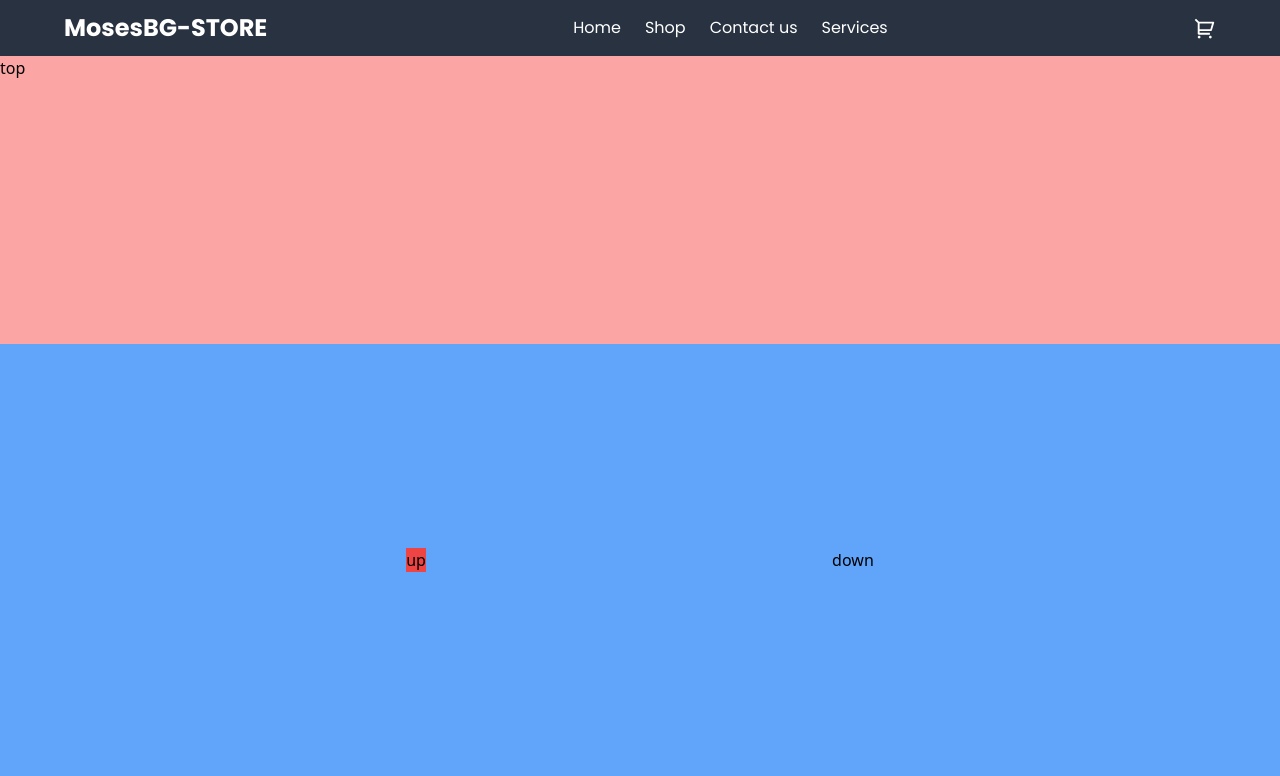
Repository: moshebengan/cart
Page: /fake-store/contact-us
An editor plug-in stored every save of this project. The page is shown before and after the next save, followed by the edit.
The browser window is 1280 px wide. The pictures show the whole page.
The project was rebuilt for these pictures with package versions that can differ from the ones it lists, and the page was loaded fresh each time. Also part of the build but not shown: vite.config.js, src/components/Error.jsx, src/utils/data.js, src/utils/apiCalls.js, src/components/Loading.jsx, src/components/Products.jsx, src/components/Footer.jsx, src/pages/HomePage.jsx and 5 more.

Above is the page before, as saved 2024-09-15 15:19:14.

### index.html
<!DOCTYPE html>
<html lang="en">
  <head>
    <meta charset="UTF-8" />
    <link rel="icon" type="image/svg+xml" href="/vite.svg" />
    <meta name="viewport" content="width=device-width, initial-scale=1.0" />
    <link rel="preconnect" href="https://fonts.googleapis.com" />
    <link rel="preconnect" href="https://fonts.gstatic.com" crossorigin />
    <link
      href="https://fonts.googleapis.com/css2?family=Poppins:ital,wght@0,100;0,200;0,300;0,400;0,500;0,600;0,700;0,800;0,900;1,100;1,200;1,300;1,400;1,500;1,600;1,700;1,800;1,900&display=swap"
      rel="stylesheet"
    />
    <title>MosesBG-SHOP</title>
  </head>
  <body>
    <div id="root"></div>
    <script type="module" src="/src/main.jsx"></script>
  </body>
</html>

### src/main.jsx
import { StrictMode } from 'react'
import { createRoot } from 'react-dom/client'

import './index.css'
import { createBrowserRouter, RouterProvider } from 'react-router-dom'
import routes from './routes.jsx'

const router = createBrowserRouter(routes)

createRoot(document.getElementById('root')).render(
  <StrictMode>
    <RouterProvider router={router} />
  </StrictMode>,
)

### src/index.css
@tailwind base;
@tailwind components;
@tailwind utilities;

body,
html {
  height: 100%;
  width: 100%;
}

.container {
  width: 90%;
  margin: auto;
}

### src/routes.jsx
import Error from "./components/Error";
import ContactUs from "./pages/ContactUs";
import HomePage from "./pages/HomePage";
import MyCart from "./pages/MyCart";
import NavigationBar from "./pages/NavigationBar";
import ShopPage from "./pages/ShopPage";


const routes = [
	{
		path: '/fake-store',
		element: <NavigationBar />,
		children: [
			{
				path:"home",
				element:<HomePage/>,
				errorElement: <Error/>
			},
			{ 	path: 'shop',
				 	element: <ShopPage />,
					errorElement: <Error/>

			},
			{
				path: 'cart',
				element: <MyCart />,
				errorElement: <Error/>
			},
			{
				path:'contact-us',
				element: <ContactUs/>,
				errorElement: <Error />
			}
		]

	},

];

export default routes

### src/pages/ContactUs.jsx


const ContactUs = () => {
  return (
    <div className="w-full h-screen flex flex-col">
      <div className="w-full h-[40%] bg-red-300">top</div>
      <div className="w-full h-[60%] bg-blue-400 relative flex flex-row justify-evenly items-center">
        <div className="flex-initial bg-red-500" >up</div>
        <div>down</div>
        {/* <div className="absolute -top-10 left-10 bg-yellow-300 flex-initial w-64">left</div>
        <div className="absolute -top-10 right-10 bg-pink-400 flex-initial w-32 ">right</div> */}
      </div>
    </div>
  )
}

export default ContactUs

### src/pages/NavigationBar.jsx
import { useState } from "react";
import { Link, Outlet } from "react-router-dom";
import { IoMdMenu, IoMdClose } from "react-icons/io";
import Cart from "../components/Cart";

const NavigationBar = () => {
  const [isOpen, setIsOpen] = useState(false);
  const [cartItems, setCartItems] = useState(0);

  const openNav = () => {
    setIsOpen(!isOpen);
  };

  const resetNav = () => {
    if (isOpen) setIsOpen(!isOpen);
  };

  return (
    <>
      <div className="w-full bg-dark-blue font-poppins">
        <div className="container">
          <nav className="py-3 flex justify-between items-center text-white">
            <h1 className="font-bold text-2xl">MosesBG-STORE</h1>
            <div className="hidden md:flex gap-6">
              <Link to={"/fake-store/home"}>Home</Link>
              <Link to={"/fake-store/shop"}>Shop</Link>
              <Link to={"/fake-store/contact-us"}>Contact us</Link>
              <Link>Services</Link>
            </div>
            <div className="flex flex-row items-center gap-5">
              <Cart resetNav={resetNav} items={cartItems} />
              <div className="z-50 md:hidden">
                <button className="flex items-center">
                  {isOpen ? (
                    <IoMdClose className="p1" onClick={openNav} />
                  ) : (
                    <IoMdMenu className="p1" onClick={openNav} />
                  )}
                </button>
              </div>
            </div>
          </nav>
          <div
            className={`container text-dark-blue ${
              isOpen ? "block" : "hidden"
            } `}
          >
            <div className="z-40 fixed top-0 left-0 bottom-0 w-full bg-dark-blu opacity-35"></div>
            <nav className="z-50 fixed top-0 left-0 bottom-0 flex flex-col gap-10 w-5/6 max-w-sm py-6 px-6 bg-[#F8F8F8] overflow-y-auto">
              <div>
                <h1 className="font-bold text-3xl">MosesBG-SHOP</h1>
                <hr className="h-px mt-3 bg-gray-200 border-0" />
              </div>
              <div className="flex flex-col gap-5">
                <Link
                  to={"/fake-store"}
                  className="nav-item-hover"
                  onClick={resetNav}
                >
                  Home
                </Link>
                <Link
                  to={"/fake-store/shop"}
                  className="nav-item-hover"
                  onClick={resetNav}
                >
                  Shop
                </Link>
                <Link className="nav-item-hover">Contact Us</Link>
                <Link className="nav-item-hover">Services</Link>
                <hr className="h-px mt-3 bg-gray-200 border-0" />
              </div>
            </nav>
          </div>
        </div>
      </div>
      <div className="h-screen w-auto">
        <Outlet context={[cartItems, setCartItems]} />
      </div>
    </>
  );
};

export default NavigationBar;

### src/components/Cart.jsx
import { RiShoppingCart2Line } from "react-icons/ri";
import { Link } from "react-router-dom";

const Cart = ({ resetNav, items }) => {
  return (
    <Link to={"/fake-store/cart"} onClick={resetNav}>
      <div className="relative">
        <RiShoppingCart2Line size={"1.4em"} />
        <span className="absolute text-xs bg-orange-500 p-0.3 px-1 text-red-50 rounded-full -top-1.5 left-4">
          {items > 0 ? items : ""}
        </span>
      </div>
    </Link>
  );
};

export default Cart;

### tailwind.config.js
/** @type {import('tailwindcss').Config} */
export default {
  content: [
    "./index.html",
    "./src/**/*.{js,ts,jsx,tsx}",
  ],
  theme: {
    fontFamily: {
      poppins: ["Poppins", "sans-serif"]
    },
    extend: {
      backgroundImage: {
        "homepage-image": "url('/public/bghomepage.jpg')",
        "homepage-darker": "url('/public/darkerbg.jpg')"
      },
      colors: {
      "dark-blue": "#293241"
    },
    keyframes: {
      'fade-in-out': {
        '0%': { opacity: '0', transform: 'scale(0.95)' },
        '100%': { opacity: '1', transform: 'scale(1)' },
      },
    },
    animation: {
      'fade-in-out': 'fade-in-out 0.5s ease-in-out', // Customize duration and easing
    },
  }
  },
  plugins: [],
}

After the next save:
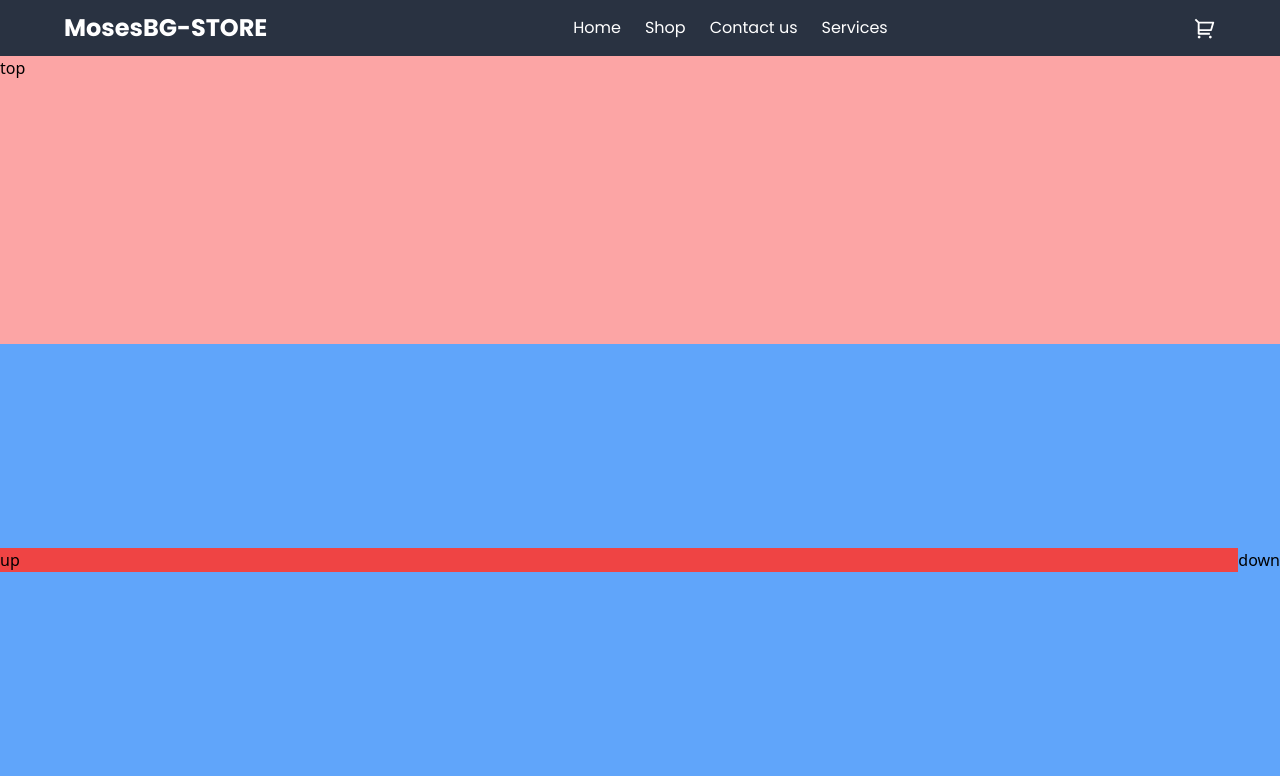
Saved 31 s later.
--- a/src/pages/ContactUs.jsx
+++ b/src/pages/ContactUs.jsx
@@ -5,7 +5,7 @@ const ContactUs = () => {
     <div className="w-full h-screen flex flex-col">
       <div className="w-full h-[40%] bg-red-300">top</div>
       <div className="w-full h-[60%] bg-blue-400 relative flex flex-row justify-evenly items-center">
-        <div className="flex-initial bg-red-500" >up</div>
+        <div className="flex-1 bg-red-500" >up</div>
         <div>down</div>
         {/* <div className="absolute -top-10 left-10 bg-yellow-300 flex-initial w-64">left</div>
         <div className="absolute -top-10 right-10 bg-pink-400 flex-initial w-32 ">right</div> */}
